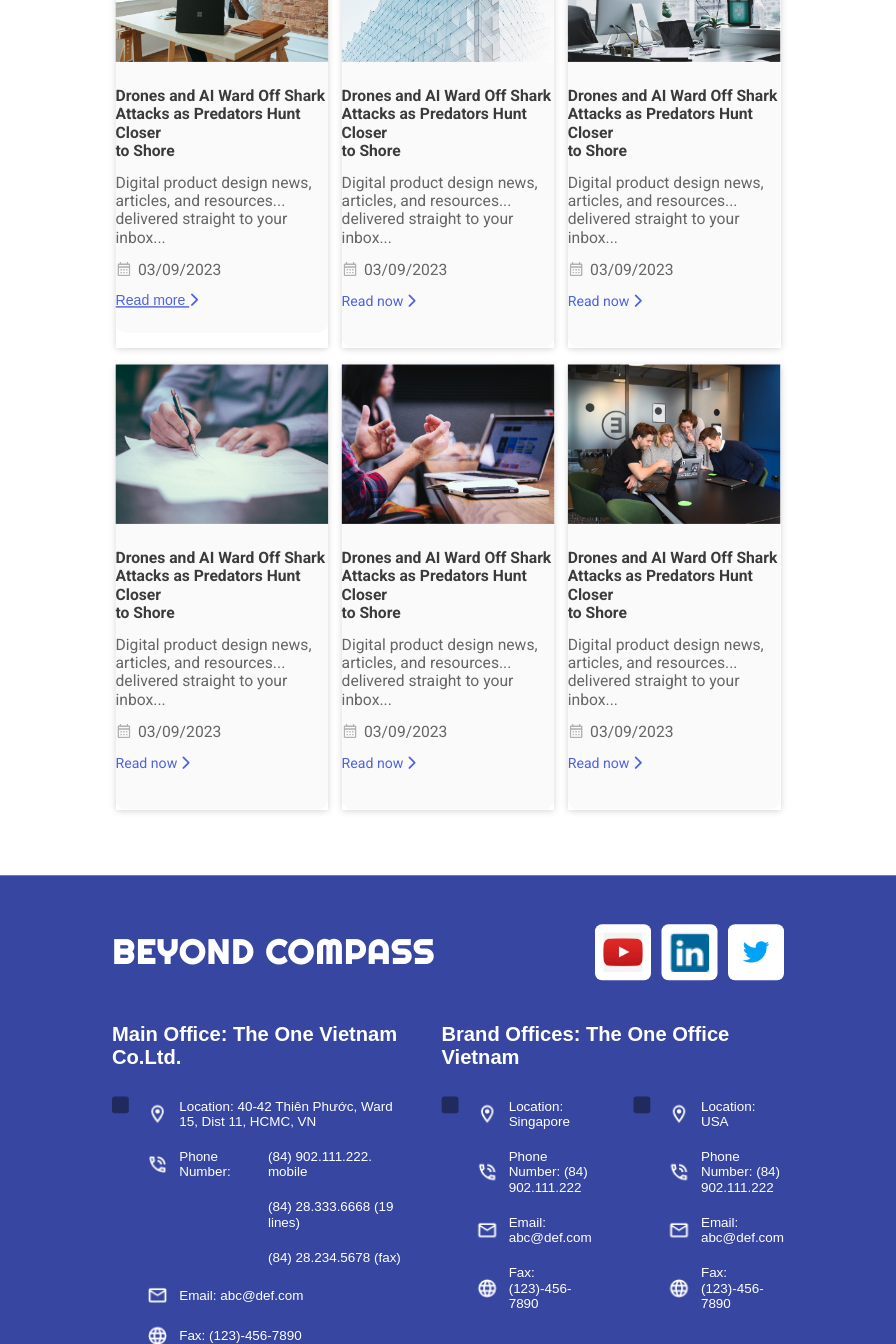
Repository: trunghau06/baitapRn
Page: pages/news.html
The author's editor kept a copy of each file at every save. The page is drawn from the files as they stood at one save, then again after a run of saves.
The browser window is 1280 px wide. The pictures show the part of the page from y = 1059 to 2979 px (the page is 3560 px tall before and 3466 px after), at 70% of full size.

Above is the page before, as saved 2025-10-09 22:46:42.

After the next 2 saves:
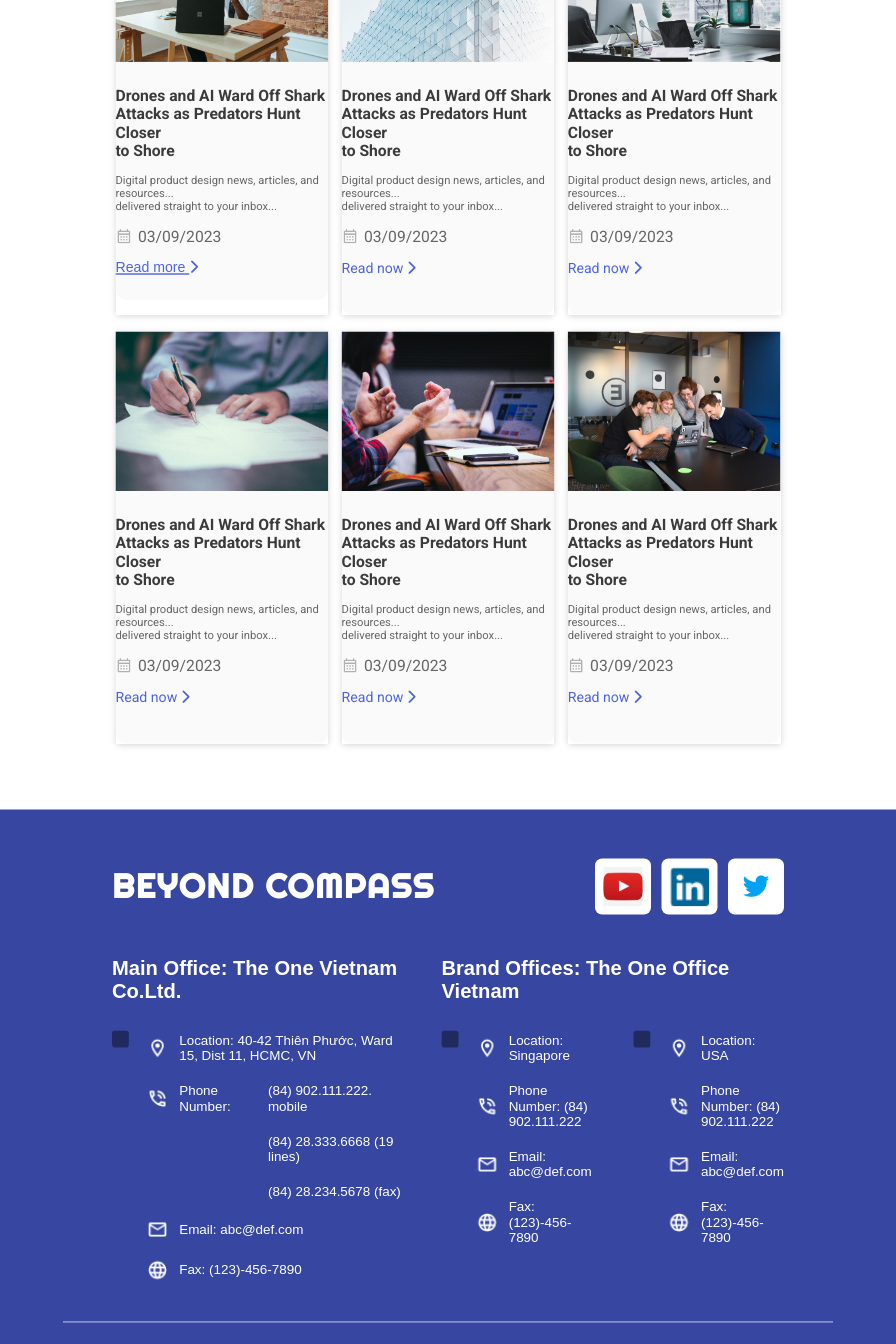
The 2 saves are shown as one change because they came seconds apart.
The last was saved 7 s later.
--- a/style/news.css
+++ b/style/news.css
@@ -318,7 +318,7 @@ nav ul li a.active::after {
 
 .content-box p {
     font-family: 'Roboto', Arial, sans-serif;
-    font-size: 1.4em;
+    font-size: 1em;
     font-weight: 400;
     margin-bottom: 20px;
     justify-items: flex-start;
